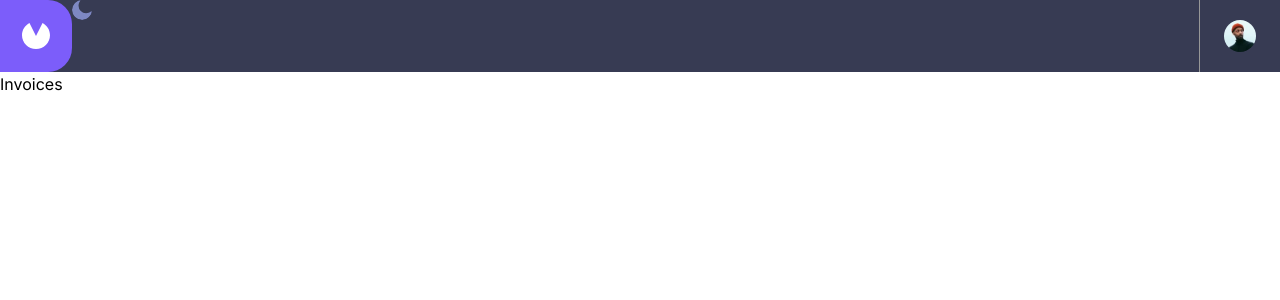
Repository: theoneswhodead/invoice-app
Page: /
An editor plug-in stored every save of this project. The page is shown before and after the next save, followed by the edit.
The browser window is 1280 px wide. The pictures show the whole page.
The project was rebuilt for these pictures with package versions that can differ from the ones it lists, and the page was loaded fresh each time. The framework's server and built-in components were replaced by stand-ins that run in the browser. Also part of the build but not shown: next.config.mjs.

Above is the page before, as saved 2024-08-19 18:00:51.

After the next save:
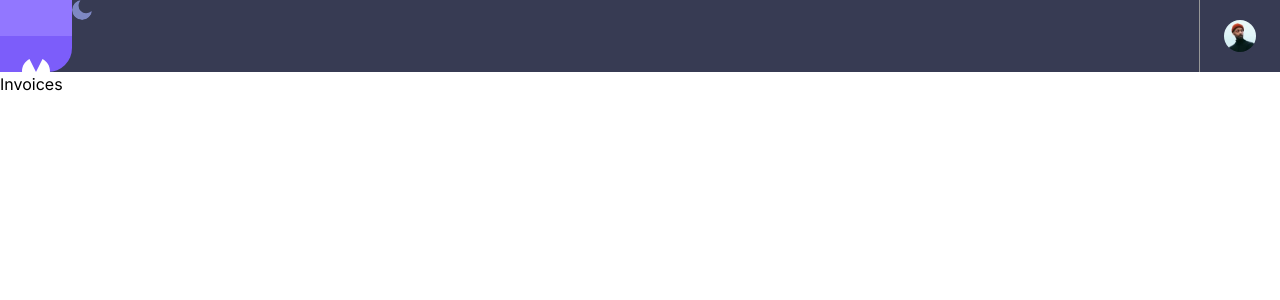
Saved 90 s later.
--- a/app/components/BarMenu.tsx
+++ b/app/components/BarMenu.tsx
@@ -6,7 +6,7 @@ const BarMenu = () => {
     <nav className='bg-gray h-[4.5rem] flex justify-between'>
       <div className='flex justify-between '>
         <div className='bg-purple h-[4.5rem] w-[4.5rem] rounded-r-3xl'>
-            <div className='bg-light_purple w-[4.5rem]'>
+            <div className='bg-light_purple w-[4.5rem] h-[2.25rem]'>
 
             </div>
             <Image
